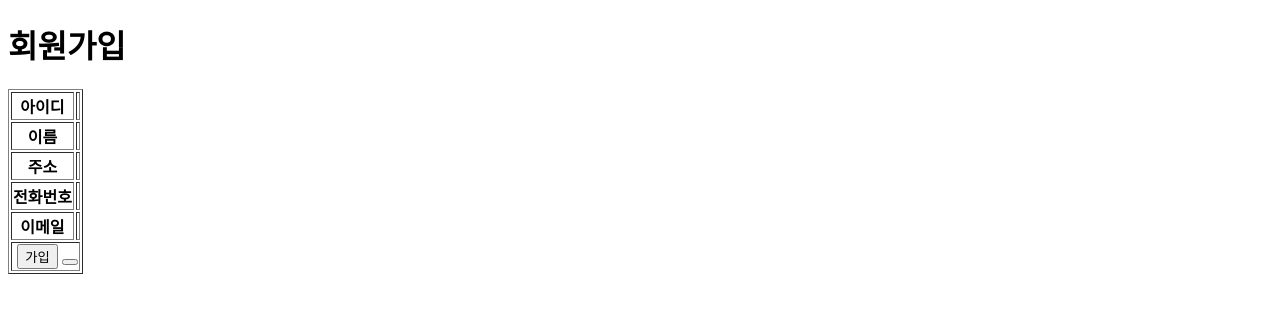
Repository: dd-jiny/KH_Web
Page: http://localhost/Jsp04_LoginBoard/regist.jsp
An editor plug-in stored every save of this project. The page is shown before and after the next save, followed by the edit.
The browser window is 1280 px wide. The pictures show the whole page.
The page is served by Tomcat 9. Other server files are loaded and not shown.

Above is the page before, as saved 2021-02-22 04:43:23.

### Workspace_WEB/Jsp04_LoginBoard/WebContent/regist.jsp
<%@ page language="java" contentType="text/html; charset=UTF-8"
    pageEncoding="UTF-8"%>

<% request.setCharacterEncoding("UTF-8"); %>
<% response.setContentType("text/html; charset=UTF-8");%>
<!DOCTYPE html>
<html>
<head>
<meta charset="UTF-8">
<title>Insert title here</title>
</head>
<body>

	<h1>회원가입</h1>

	<form action="logincontroller.jsp" method="post">
		<input type="hidden" name="command" value="insertuser"/>

	<table border="1">
		<tr>
			<th>아이디</th>
			<td></td>
		</tr>
		<tr>
			<th>이름</th>
			<td></td>
		</tr>
		<tr>
			<th>주소</th>
			<td></td>
		</tr>
		<tr>
			<th>전화번호</th>
			<td></td>
		</tr>
		<tr>
			<th>이메일</th>
			<td></td>
		</tr>
		<tr>
			<td colspan="2" align="right">
				<input type="submit" value="가입" />
				<button></button> <!-- 폼태그 안에 버튼태그를 만들면 서브밋 이벤트 발생 폼태그안에 버튼 쓰지말기 서브밋 용도로만-->
			</td>
		</tr>
	</table>
	</form>

</body>
</html>

After the next save:
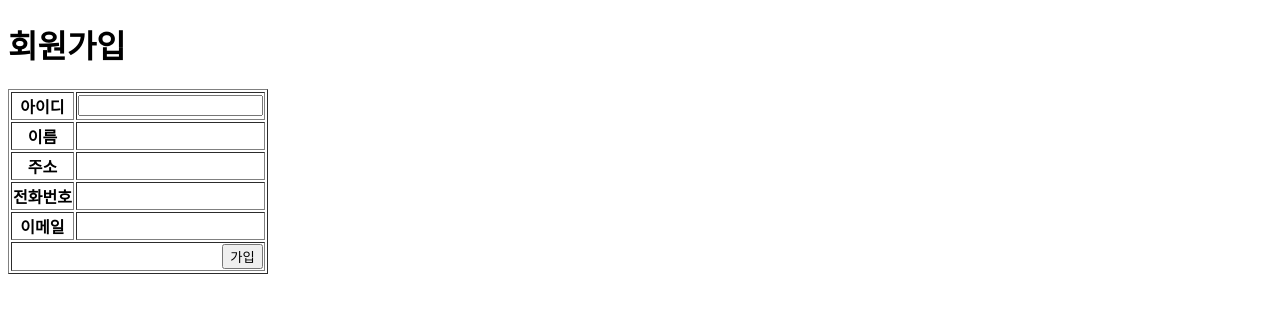
Saved 52 s later.
--- a/Workspace_WEB/Jsp04_LoginBoard/WebContent/regist.jsp
+++ b/Workspace_WEB/Jsp04_LoginBoard/WebContent/regist.jsp
@@ -19,7 +19,9 @@
 	<table border="1">
 		<tr>
 			<th>아이디</th>
-			<td></td>
+			<td>
+				<input type="text" name="myid" required="required" />
+			</td>
 		</tr>
 		<tr>
 			<th>이름</th>
@@ -40,7 +42,7 @@
 		<tr>
 			<td colspan="2" align="right">
 				<input type="submit" value="가입" />
-				<button></button> <!-- 폼태그 안에 버튼태그를 만들면 서브밋 이벤트 발생 폼태그안에 버튼 쓰지말기 서브밋 용도로만-->
+				<!-- <button></button> 폼태그 안에 버튼태그를 만들면 서브밋 이벤트 발생 폼태그안에 버튼 쓰지말기 서브밋 용도로만 -->
 			</td>
 		</tr>
 	</table>
